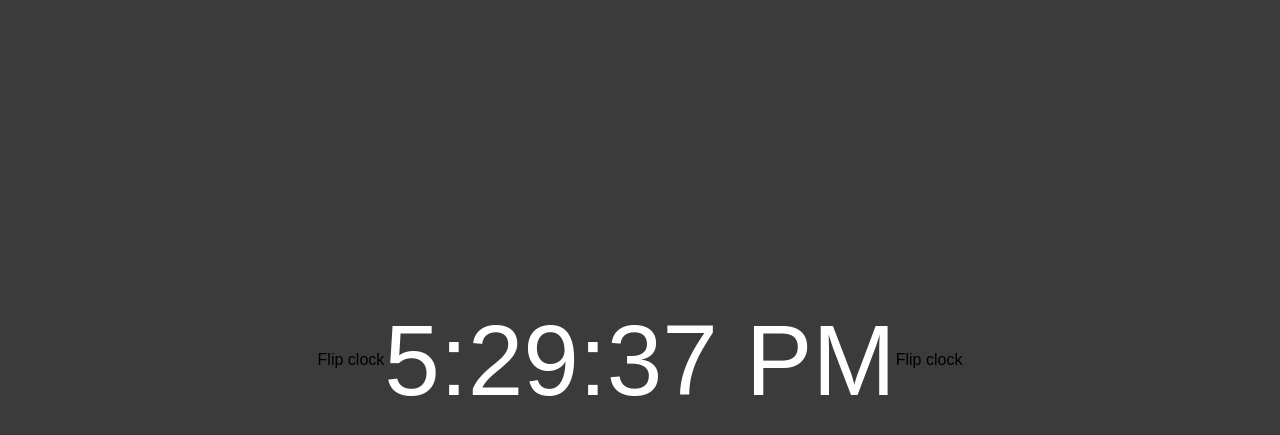
Repository: ThibautCptr/flip_clock
Page: index.html
The author's editor kept a copy of each file at every save. The page is drawn from the files as they stood at one save, then again after the next save.
The browser window is 1280 px wide. The pictures show the whole page.

Above is the page before, as saved 2024-09-18 17:50:01.

### index.html
<!DOCTYPE html>
<html lang="fr">
<head>
    <meta charset="UTF-8">
    <meta name="viewport" content="width=device-width, initial-scale=1.0">
    <script src="https://code.jquery.com/jquery-3.7.1.js" integrity="sha256-eKhayi8LEQwp4NKxN+CfCh+3qOVUtJn3QNZ0TciWLP4=" crossorigin="anonymous"></script>
    <link rel="stylesheet" href="./css/style.css">
    <script src="./js/moment.js""></script>
    <script src="./js/moment_tz.js""></script>
    <script src="./js/script.js"></script>
    <title>Flip clock</title>
</head>
<body>
    <div id="clock"></div>
    <div id="clock_2"></div>
</body>
</html>
<!DOCTYPE html>
<html lang="fr">
<head>
    <meta charset="UTF-8">
    <meta name="viewport" content="width=device-width, initial-scale=1.0">
    <script src="https://code.jquery.com/jquery-3.7.1.js" integrity="sha256-eKhayi8LEQwp4NKxN+CfCh+3qOVUtJn3QNZ0TciWLP4=" crossorigin="anonymous"></script>
    <link rel="stylesheet" href="./css/style.css">
    <script src="./js/moment.js""></script>
    <script src="./js/moment_tz.js""></script>
    <script src="./js/script.js"></script>
    <title>Flip clock</title>
</head>
<body>
    <div id="clock"></div>
</body>
</html>

### css/style.css
* {
    background-color: #3b3b3b;
    font-family: Arial, sans-serif;
    margin: 0;
    padding: 0;
    display: flex;
    justify-content: center;
    align-items: center;
    align-content: center;
    height: 100%;
}

#clock, #clock_2 {
    color: #fff;
    font-size: 100px;
    text-align: center;
}

### js/script.js
$(document).ready(function() {
    setInterval(function() {
        // let date = moment();
        // $('#clock').text(date.tz('Europe/Paris').format('H:mm:ss'));

        date = new Date();
        $('#clock_2').text(date.toLocaleTimeString());

    },1000);
});

Loaded but not shown: js/moment.js (library); js/moment_tz.js (common file)

After the next save:
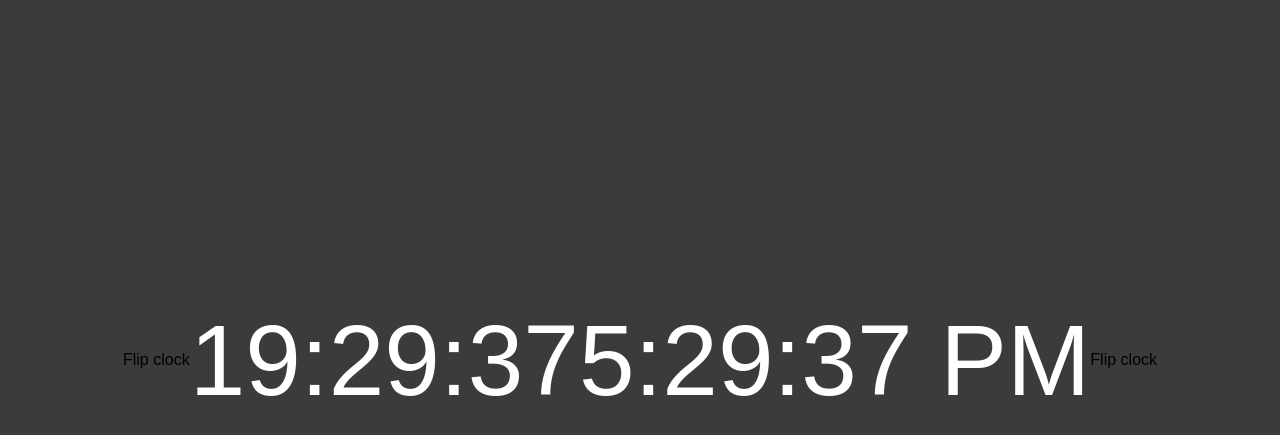
Saved 5 s later.
--- a/js/script.js
+++ b/js/script.js
@@ -1,7 +1,7 @@
 $(document).ready(function() {
     setInterval(function() {
-        // let date = moment();
-        // $('#clock').text(date.tz('Europe/Paris').format('H:mm:ss'));
+        let date = moment();
+        $('#clock').text(date.tz('Europe/Paris').format('H:mm:ss'));
 
         date = new Date();
         $('#clock_2').text(date.toLocaleTimeString());
